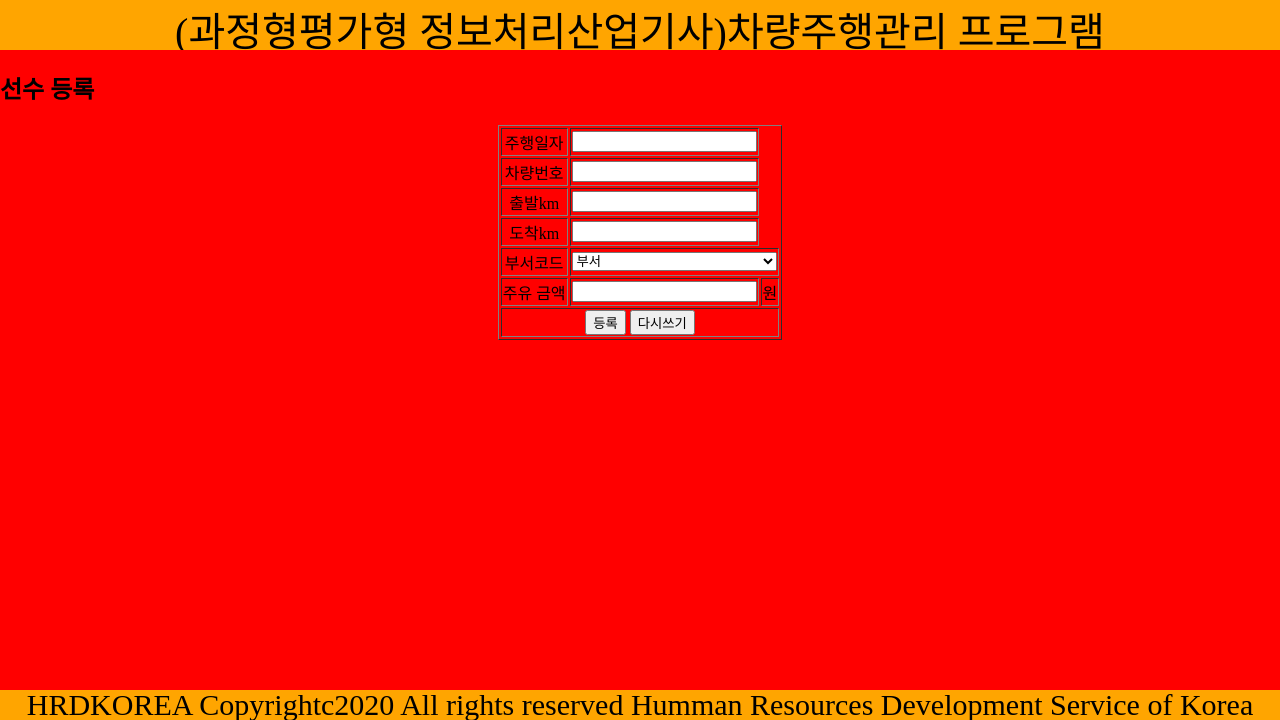
Repository: jeajune0221/information
Page: http://localhost/HRD_2411/join.jsp
An editor plug-in stored every save of this project. The page is shown before and after the next save, followed by the edit.
The browser window is 1280 px wide. The pictures show the whole page.
The page is served by Tomcat 9. Queries for data that is not in the repository find no rows.

Above is the page before, as saved 2026-04-13 08:42:29.

### HRD_2411/src/main/webapp/join.jsp
<%@ page language="java" contentType="text/html; charset=UTF-8"
    pageEncoding="UTF-8"%>
        <%@include file = "db_connect.jsp" %>

<!DOCTYPE html>
<html>
<head>
<meta charset="UTF-8">
<title>Insert title here</title>
<link href ="style.css" rel ="stylesheet">
</head>
<body>
<script type = "text/javascript" src = "check.js"></script>
<jsp:include page="header.jsp"></jsp:include>
<section>
<H2>선수 등록</H2>
<form method="post" action ="join_action.jsp" name = "frm" style = "display : flex; align-items : center; justify-content : center; text-align : center">
<table border = 1>
<%
request.setCharacterEncoding("UTF-8");
String pid = "";
try{
	String query ="select max(pid)+1 as pid from giants_player";
	PreparedStatement pstmt = con.prepareStatement(query);
	ResultSet rs = pstmt.executeQuery(query);
	rs.next();
	pid = rs.getString("pid");
}catch (Exception e){

}

 %>

<tr>
	<td>
	주행일자
	</td>
	<td><input type = "text" name = "drv_date" ></td>
</tr>
<tr>
<td>차량번호</td>
<td><input type = "text" name = "car_no" ></td>

</tr>
<tr>
<td>출발km</td>
<td><input type ="text" name = "drv_start"></td>
</tr>
<tr>
<td>도착km</td>
<td><input type ="text" name ="drv_end"></td>
</tr>
<tr>
<td>부서코드</td>
<td colspan = 2>
<select name ="dept" style ="width : 100%">
<option value ="">부서</option>
<option value ="영업부">[10]영업부</option>
<option value ="총무부">[20]총무부</option>
<option value ="구매부">[30]구매부</option>
<option value ="개발부">[40]개발부</option>

</select>
</td>
</tr>
<tr>
<td>주유 금액</td>
<td ><input type="text" name ="drv_money"></td>

<td>원</td>
</tr>
<tr>
<td colspan = 3>
<input type = "submit" value ="등록" onclick ="return checkJoin()">
<input type = "reset" value ="다시쓰기" onclick = "rewrite()">

</td>
</tr>

</table>
</form>
</section>
<jsp:include page="footer.jsp"></jsp:include>
</body>
</html>

### HRD_2411/src/main/webapp/db_connect.jsp
<%@ page language="java" contentType="text/html; charset=UTF-8"
    pageEncoding="UTF-8"%>
<%@ page import = "java.sql.*" %>
<%
Class.forName("oracle.jdbc.OracleDriver");
Connection con = DriverManager.getConnection("jdbc:oracle:thin:@//localhost:1521/xe","system","1234");
%>

### HRD_2411/src/main/webapp/header.jsp
<%@ page language="java" contentType="text/html; charset=UTF-8"
    pageEncoding="UTF-8"%>
<!DOCTYPE html>
<html>
<head>
<meta charset="UTF-8">
<title>Insert title here</title>
<link href = "style.css" rel = "stylesheet">

</head>
<body>
<header>(과정형평가형 정보처리산업기사)차량주행관리 프로그램</header>
<nav>
<a href="list.jsp">차량 조회</a>
<a href="join.jsp">주행내역등록</a>
<a href="drivelist.jsp">주행내역조회</a>
<a href="drivestatus.jsp">부서별주행통계</a>
<a href="index.jsp">홈으로</a>



</nav>
</body>
</html>

### HRD_2411/src/main/webapp/footer.jsp
<%@ page language="java" contentType="text/html; charset=UTF-8"
    pageEncoding="UTF-8"%>
<!DOCTYPE html>
<html>
<head>
<meta charset="UTF-8">
<title>Insert title here</title>
<link href = "style.css" rel = "stylesheet">

</head>
<body>
<footer>HRDKOREA Copyrightc2020 All rights reserved Humman Resources Development Service of Korea</footer>
</body>
</html>

### HRD_2411/src/main/webapp/style.css
@charset "UTF-8";

header{
	position :fixed;
	top:0px;
	left : 0px;
	width : 100%;
	height : 70px;
	background : orange;
	text-align:center;
	font-size : 40px;
}
nav{
	position : fixed;
	top : 70px;
	left : 0px;
	width : 100%;
	height : 40px;
	background : pink;
	line-height : 40px;
	padding-left : 20px;
	font-size : 20px;
}
section{
	display : fixed;
	position : fixed;
	top : 50px;
	left : 0px;
	width : 100%;
	height : 100%;
	background : lightgray;
	text-align : center;
	justify-content: center;
	align-items: center;
	text-align: left;
	background : red;
}

footer{
	position : fixed;
	bottom : 0px;
	left : 0px;
	width : 100%;
	height : 30px;
	background : orange;
	line-height : 30px;
	text-align : center;
	font-size : 30px;

}

### HRD_2411/src/main/webapp/check.js
function checkJoin() {
    if(frm.drv_date.value.length==0) {
        alert("주행일자가 입력되지 않았습니다!")
        frm.drv_date.focus();
        return false;
    }

    //모든 속성에 대해 유효성 검사
    if(frm.car_no.value=="") {
        alert("차량번호가 입력되지 않았습니다!")
        frm.car_no.focus();
        return false;
    }

    if(frm.drv_start.value=="") {
        alert("출발Km 입력되지 않았습니다.")
        frm.drv_start.focus();
        return false;
    }

    if(frm.drv_end.value=="") {
        alert("도착Km 입력되지 않았습니다.")
        frm.drv_end.focus();
        return false;
    }
    if(frm.dept[0].checked == false && frm.dept[1].checked == false && frm.dept[2].checked == false && frm.pgrade[3].checked == false){
		alert('부서코드가 선택되지 않았습니다! ')
		frm.dept[0].focus()
		return false;
	}
	if(frm.drv_money.value = ""){
		alert("주유금액이 입력되지 않았습니다!")
		frm.drv_money.focus();
	}
}
function rewrite(){
	alert("정보를 지우고 처음부터 다시 입력 합니다.")
}

After the next save:
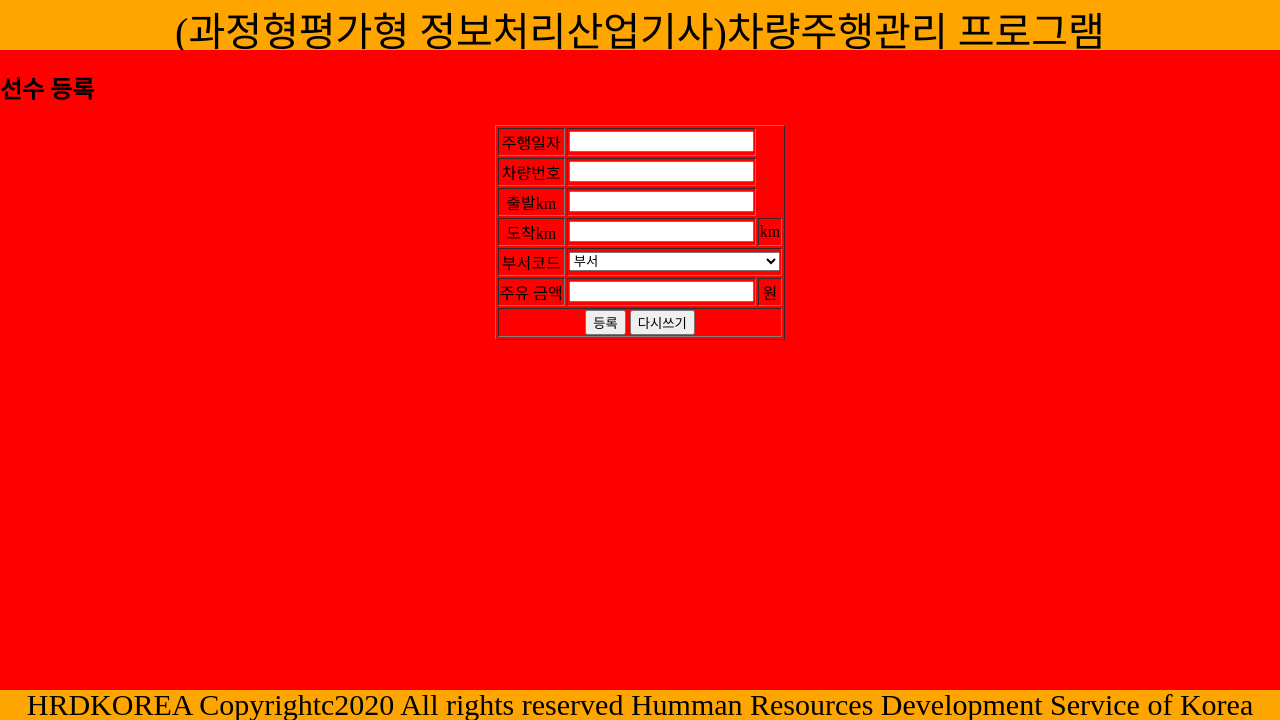
Saved 20 s later.
--- a/HRD_2411/src/main/webapp/join.jsp
+++ b/HRD_2411/src/main/webapp/join.jsp
@@ -49,6 +49,7 @@
 <tr>
 <td>도착km</td>
 <td><input type ="text" name ="drv_end"></td>
+<td>km</td>
 </tr>
 <tr>
 <td>부서코드</td>
